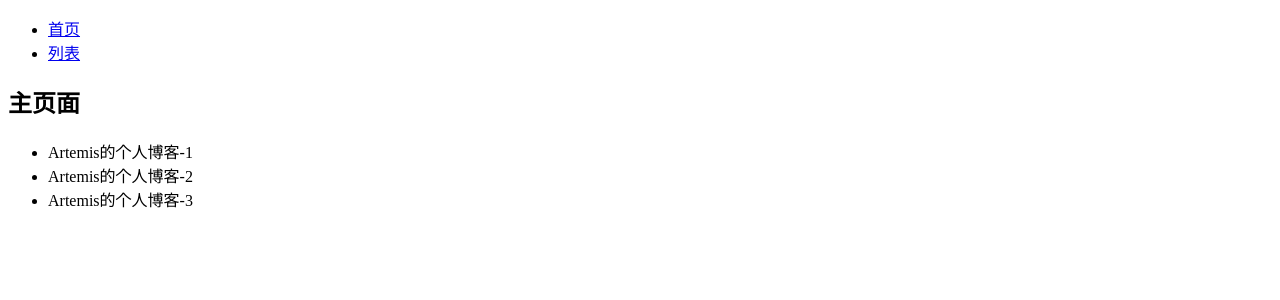
Repository: ArtemisWang/react-router
Page: /
An editor plug-in stored every save of this project. The page is shown before and after the next save, followed by the edit.
The browser window is 1280 px wide. The pictures show the whole page.
The project was rebuilt for these pictures with package versions that can differ from the ones it lists, and the page was loaded fresh each time. Also part of the build but not shown: src/Pages/List.js.

Above is the page before, as saved 2020-02-20 15:11:08.

### src/index.js
import React from 'react';
import ReactDOM from 'react-dom';
import AppRouter from './AppRouter'

ReactDOM.render(<AppRouter />, document.getElementById('root'));

### src/AppRouter.js
import React from 'react'
import {BrowserRouter as Router, Route, Link} from 'react-router-dom'
import Index from './Pages/Index'
import List from './Pages/List'

// 设置规则---传递值---接受值---显示内容

function AppRouter(){
    return (
        <Router>
            <ul>
                <li><Link to='/'>首页</Link></li>
                <li><Link to='/list/123'>列表</Link></li>
            </ul>
            <Route path='/' exact component={Index}/>
            {/* exect 精确匹配 一般首页需要精确匹配 */}
            <Route path='/list/:id' component={List}/>
        </Router>
    )
}

export default AppRouter

### src/Pages/Index.js
import React, { Component } from 'react';
import {Link} from 'react-router-dom'

class Index extends Component {
    constructor(props) {
        super(props);
        this.state = {
            list:[
                {cid:123,title:'Artemis的个人博客-1'},
                {cid:456,title:'Artemis的个人博客-2'},
                {cid:789,title:'Artemis的个人博客-3'}
            ]
         }
    }
    render() {
        return (
            <div>
                <h2>主页面</h2>
                <ul>
                    {
                    this.state.list.map((item,index)=>{
                        return (<li key={index}>{item.title}</li>)
                    })
                    }
                </ul>
            </div>
        );
    }
}

export default Index;

Loaded but not shown: public/index.html (common file)

After the next save:
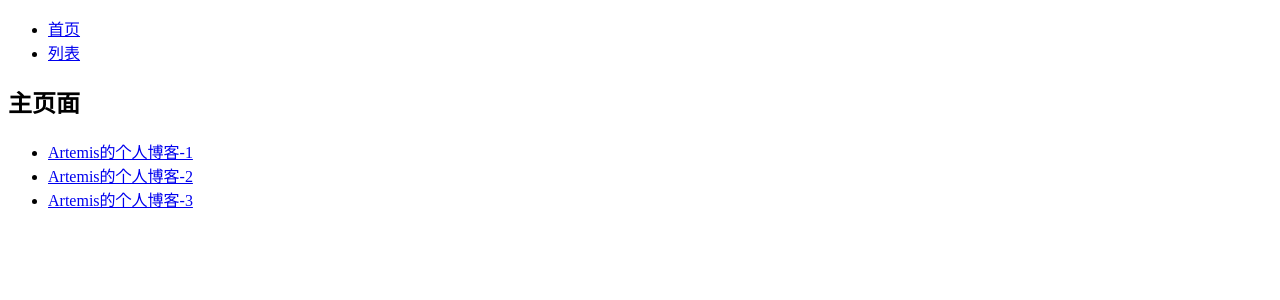
Saved 2 min 1 s later.
--- a/src/Pages/Index.js
+++ b/src/Pages/Index.js
@@ -19,7 +19,13 @@ class Index extends Component {
                 <ul>
                     {
                     this.state.list.map((item,index)=>{
-                        return (<li key={index}>{item.title}</li>)
+                        return (
+                            <li key={index}>
+                                <Link to={'/list/'+item.uid}>
+                                {item.title}</Link>
+
+                            </li>
+                        )
                     })
                     }
                 </ul>
